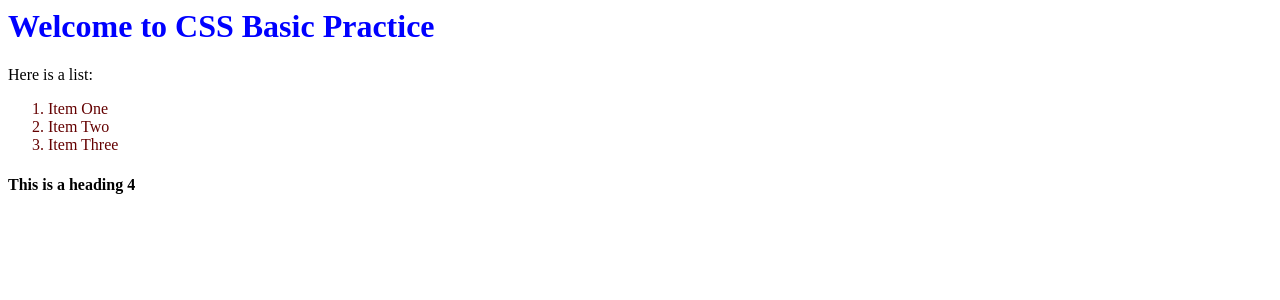
Repository: MonwarAdeeb/Bista_Solutions
Page: HTML & CSS/CSS/Level One/Level_One.html
The author's editor kept a copy of each file at every save. The page is drawn from the files as they stood at one save, then again after a run of saves.
The browser window is 1280 px wide. The pictures show the whole page.

Above is the page before, as saved 2021-05-19 16:04:16.

### HTML & CSS/CSS/Level One/Level_One.html
<html lang="en">
<head>
    <meta charset="UTF-8">
    <meta http-equiv="X-UA-Compatible" content="IE=edge">
    <meta name="viewport" content="width=device-width, initial-scale=1.0">
    <title>CSS Basics</title>
    <link rel="stylesheet" href="Level_One_CSS.css">
</head>
<body>
    <h1>Welcome to CSS Basic Practice</h1>

    <p>Here is a list:</p>

    <ol>
        <li>Item One</li>
        <li>Item Two</li>
        <li>Item Three</li>
    </ol>

    <h4>This is a heading 4</h4>
</body>
</html>

### HTML & CSS/CSS/Level One/Level_One_CSS.css
/* General Format */
/* selected tag{
    property: value;
} */

h1 {
  color: rgb(0, 0, 255);
}

li {
  color: rgb(100, 0, 0);
}

After the next 4 saves:
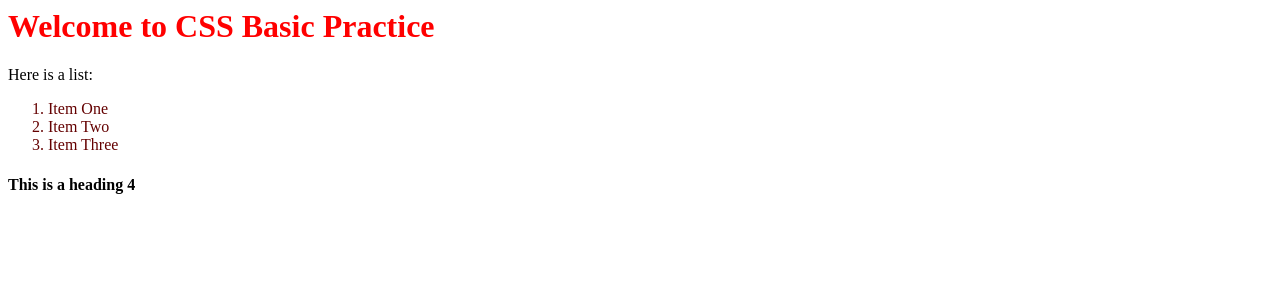
The 4 saves are shown as one change because they came seconds apart.
The last was saved 15 s later.
--- a/HTML & CSS/CSS/Level One/Level_One_CSS.css
+++ b/HTML & CSS/CSS/Level One/Level_One_CSS.css
@@ -4,7 +4,7 @@
 } */
 
 h1 {
-  color: rgb(0, 0, 255);
+  color: rgb(255, 0, 0);
 }
 
 li {

After the save that followed:
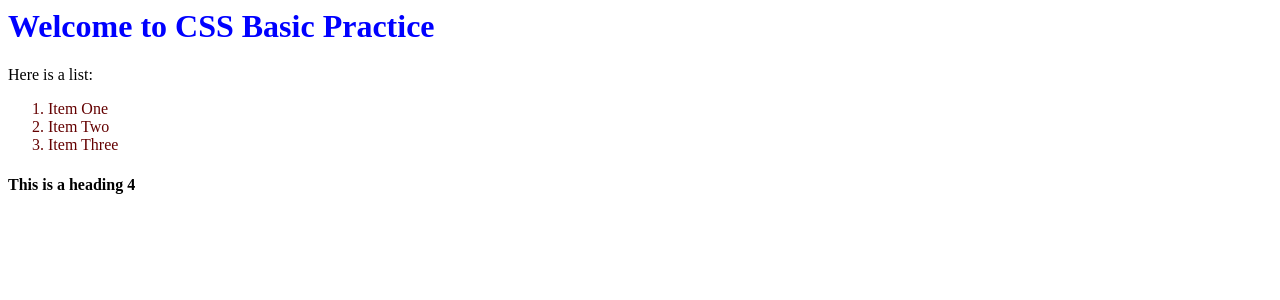
Saved 15 s later.
--- a/HTML & CSS/CSS/Level One/Level_One_CSS.css
+++ b/HTML & CSS/CSS/Level One/Level_One_CSS.css
@@ -4,7 +4,7 @@
 } */
 
 h1 {
-  color: rgb(255, 0, 0);
+  color: blue;
 }
 
 li {
